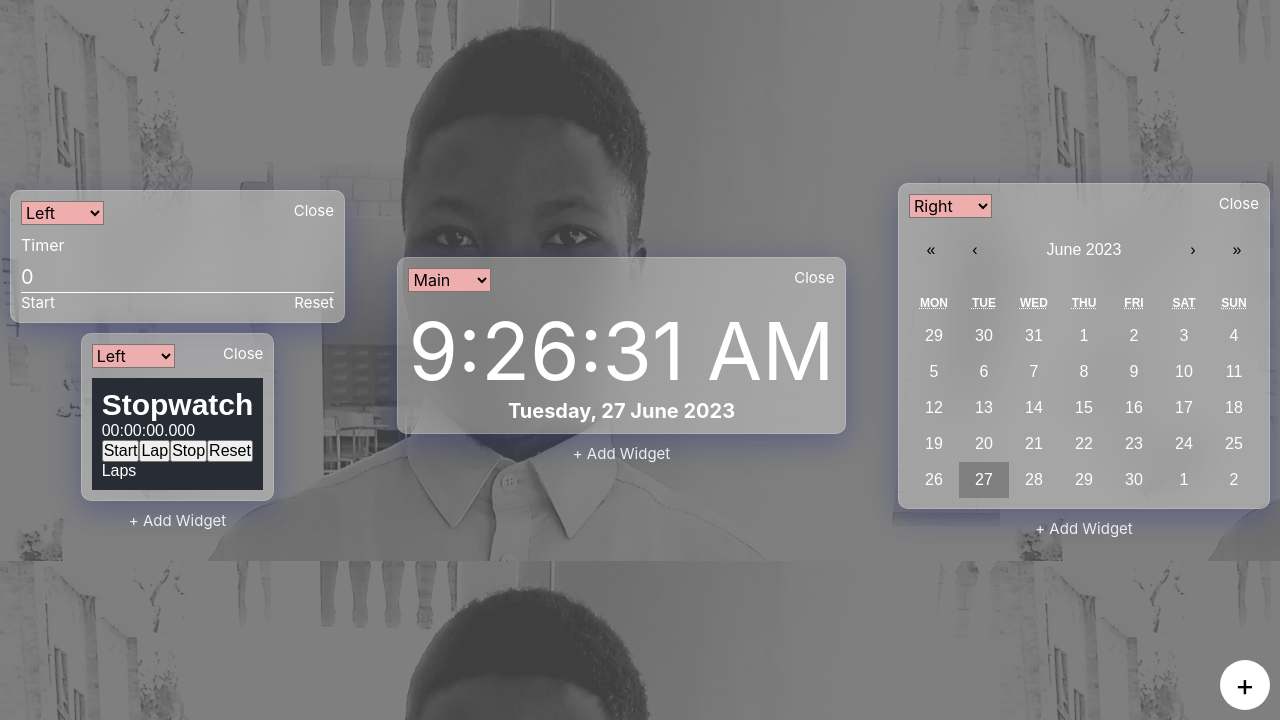
Repository: Angera-Silas/Planner-app
Page: /
The author's editor kept a copy of each file at every save. The page is drawn from the files as they stood at one save, then again after the next save.
The browser window is 1280 px wide. The pictures show the whole page.
The project was rebuilt for these pictures with package versions that can differ from the ones it lists, and the page was loaded fresh each time. Also part of the build but not shown: src/widgets/ReminderListWidget.js, src/modals/WidgetGalleryModal.js.

Above is the page before, as saved 2023-06-27 17:44:13.

After the next save:
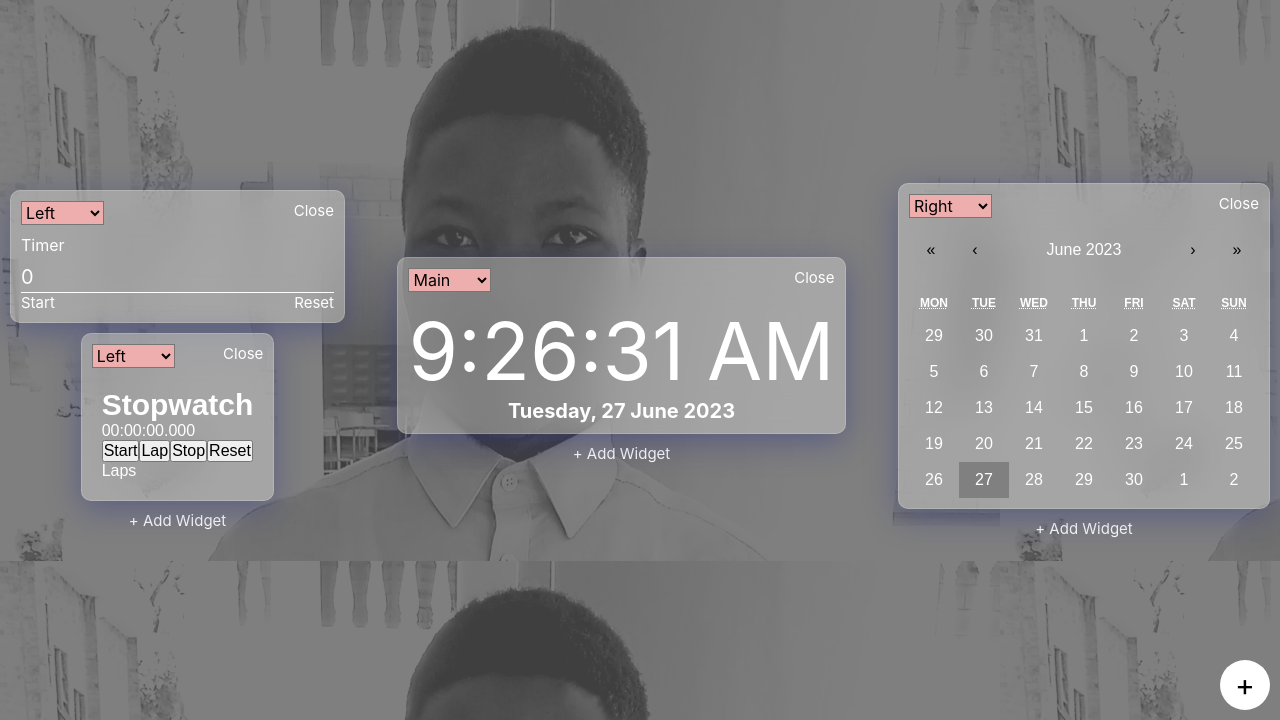
Saved 12 s later.
--- a/src/App.css
+++ b/src/App.css
@@ -155,7 +155,7 @@ select {
 }
 .stopwatch {
  width: 100%;
- background-color: #282c34;
+ background-c
  color: white;
  font-family: sans-serif;
  justify-content: flex-start;
